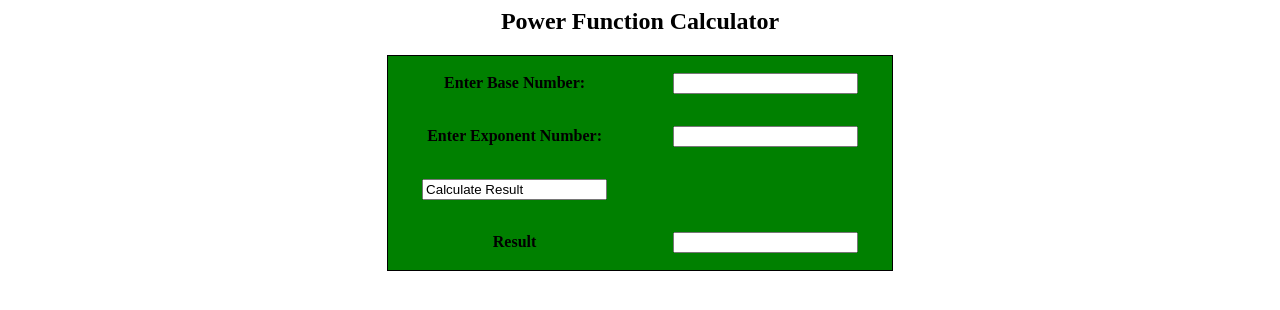
Repository: DeepaliKalagate/PowerCalculatorAPI
Page: PowerFunctionCalculator/src/main/resources/PowerFunction.html
An editor plug-in stored every save of this project. The page is shown before and after the next save, followed by the edit.
The browser window is 1280 px wide. The pictures show the whole page.

Above is the page before, as saved 2020-02-09 06:35:56.

After the next save:
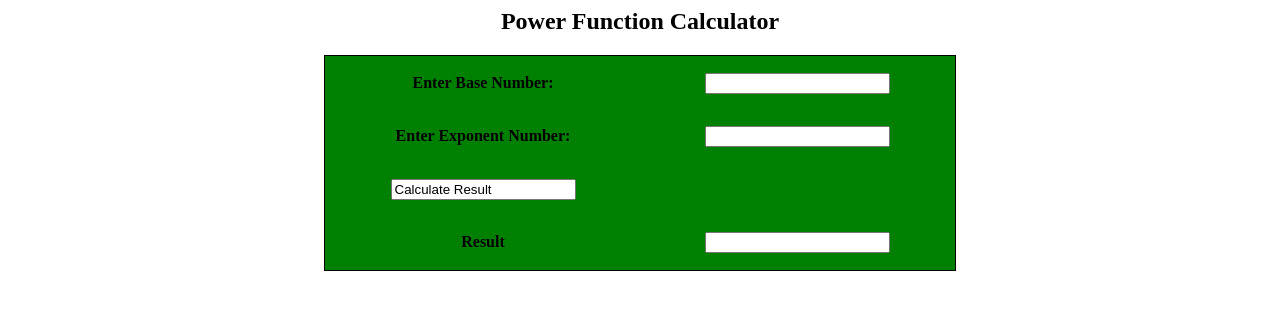
Saved 46 s later.
--- a/PowerFunctionCalculator/src/main/resources/PowerFunction.html
+++ b/PowerFunctionCalculator/src/main/resources/PowerFunction.html
@@ -5,7 +5,7 @@
 </head>
 <style>
 table {
-  width:40%;
+  width:50%;
 }
 table{
   border: 1px solid black;
